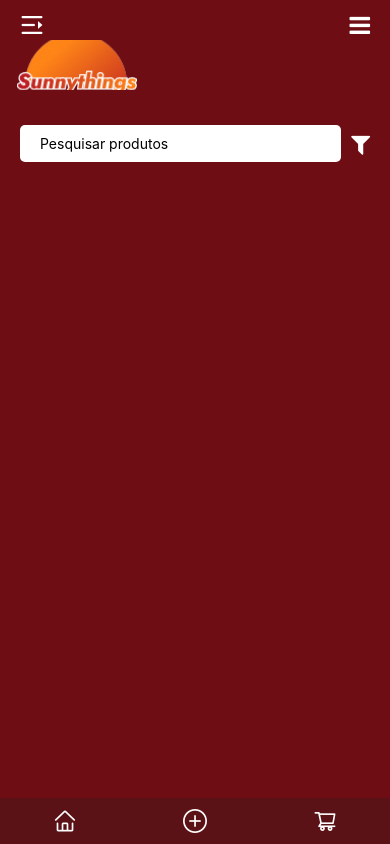
Repository: Luizzzin/SuperMercado
Screen: / (app in suny/)
These files come from the project's save history. The screen is drawn as it stood at one moment and after the next save; the edit follows.
The app was drawn by React Native's web renderer in a window 390 px wide. The project was rebuilt for these pictures with package versions that can differ from the ones it lists, and the page was loaded fresh each time.

Above is the screen before, as saved 2024-05-09 19:48:32.

### suny/App.js
import React from 'react';
import { NavigationContainer } from '@react-navigation/native';
import { createStackNavigator } from '@react-navigation/stack';
import Routes from './routes'; // Importe o componente Routes

const Stack = createStackNavigator();

const App = () => {
  return <Routes />;
}

export default App;

### suny/routes.js
import React from 'react';
import { NavigationContainer } from '@react-navigation/native';
import { createStackNavigator } from '@react-navigation/stack';
import HomeScreen from './HomeScreen'; // Importe o componente HomeScreen

const Stack = createStackNavigator();

const Routes = () => {
  return (
    <NavigationContainer>
      <HomeScreen />
    </NavigationContainer>
  );
}

export default Routes;

### suny/HomeScreen.js
import React from 'react';
import { View, Text, StyleSheet, TouchableOpacity, TextInput, Image, ScrollView } from 'react-native';
import { AntDesign, FontAwesome } from '@expo/vector-icons'; // Certifique-se de instalar o pacote expo-vector-icons

const HomeScreen = () => {
  return (
    <View style={styles.container}>
      {/* Header */}
      <View style={styles.header}>
        <TouchableOpacity onPress={() => console.log("Menu clicked")}>
          <AntDesign name="menu-fold" size={24} color="white" />
        </TouchableOpacity>
        <Image source={require('./path/to/your/logo.png')} style={styles.logo} />
        <TouchableOpacity onPress={() => console.log("Hamburger clicked")}>
          <FontAwesome name="bars" size={24} color="white" />
        </TouchableOpacity>
      </View>

      {/* Search Bar */}
      <View style={styles.searchBar}>
        <TextInput
          style={styles.input}
          placeholder="Pesquisar produtos"
        />
        <TouchableOpacity onPress={() => console.log("Filter clicked")}>
          <FontAwesome name="filter" size={24} color="white" />
        </TouchableOpacity>
      </View>

      {/* Category Carousel */}
      <ScrollView horizontal style={styles.carousel}>
        {/* Render your 7 category images here */}
      </ScrollView>

      {/* Product Cards */}
      <ScrollView style={styles.productContainer}>
        {/* Render your product cards here */}
      </ScrollView>

      {/* Tab Bar */}
      <View style={styles.tabBar}>
        <TouchableOpacity onPress={() => console.log("Home clicked")} style={styles.tabItem}>
          <AntDesign name="home" size={24} color="white" />
        </TouchableOpacity>
        <TouchableOpacity onPress={() => console.log("Add clicked")} style={styles.tabItem}>
          <AntDesign name="pluscircleo" size={24} color="white" />
        </TouchableOpacity>
        <TouchableOpacity onPress={() => console.log("Cart clicked")} style={styles.tabItem}>
          <AntDesign name="shoppingcart" size={24} color="white" />
        </TouchableOpacity>
      </View>
    </View>
  );
}

const styles = StyleSheet.create({
  container: {
    flex: 1,
    backgroundColor: '#6F0D15',
  },
  header: {
    flexDirection: 'row',
    justifyContent: 'space-between',
    alignItems: 'center',
    paddingHorizontal: 20,
    paddingTop: 0,
  },
  logo: {
    width: 120,
    height: 50,
    right: 120,
    top: 40,
  },
  searchBar: {
    flexDirection: 'row',
    alignItems: 'center',
    paddingHorizontal: 20,
    marginTop: 75,
  },
  input: {
    flex: 1,
    backgroundColor: 'white',
    borderRadius: 5,
    paddingVertical: 10,
    paddingHorizontal: 20,
    marginRight: 10,
  },
  carousel: {
    marginTop: 20,
    paddingHorizontal: 20,
    marginBottom: 20,
  },
  productContainer: {
    paddingHorizontal: 20,
  },
  tabBar: {
    flexDirection: 'row',
    justifyContent: 'space-around',
    backgroundColor: '#5A1217',
    paddingVertical: 10,
  },
  tabItem: {
    flex: 1,
    alignItems: 'center',
  },
});

export default HomeScreen;

After the next save:
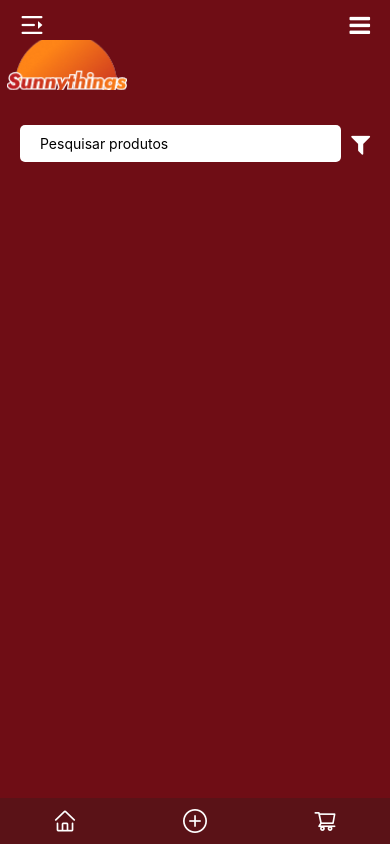
Saved 9 s later.
--- a/suny/HomeScreen.js
+++ b/suny/HomeScreen.js
@@ -68,7 +68,7 @@
   logo: {
     width: 120,
     height: 50,
-    right: 120,
+    right: 130,
     top: 40,
   },
   searchBar: {
